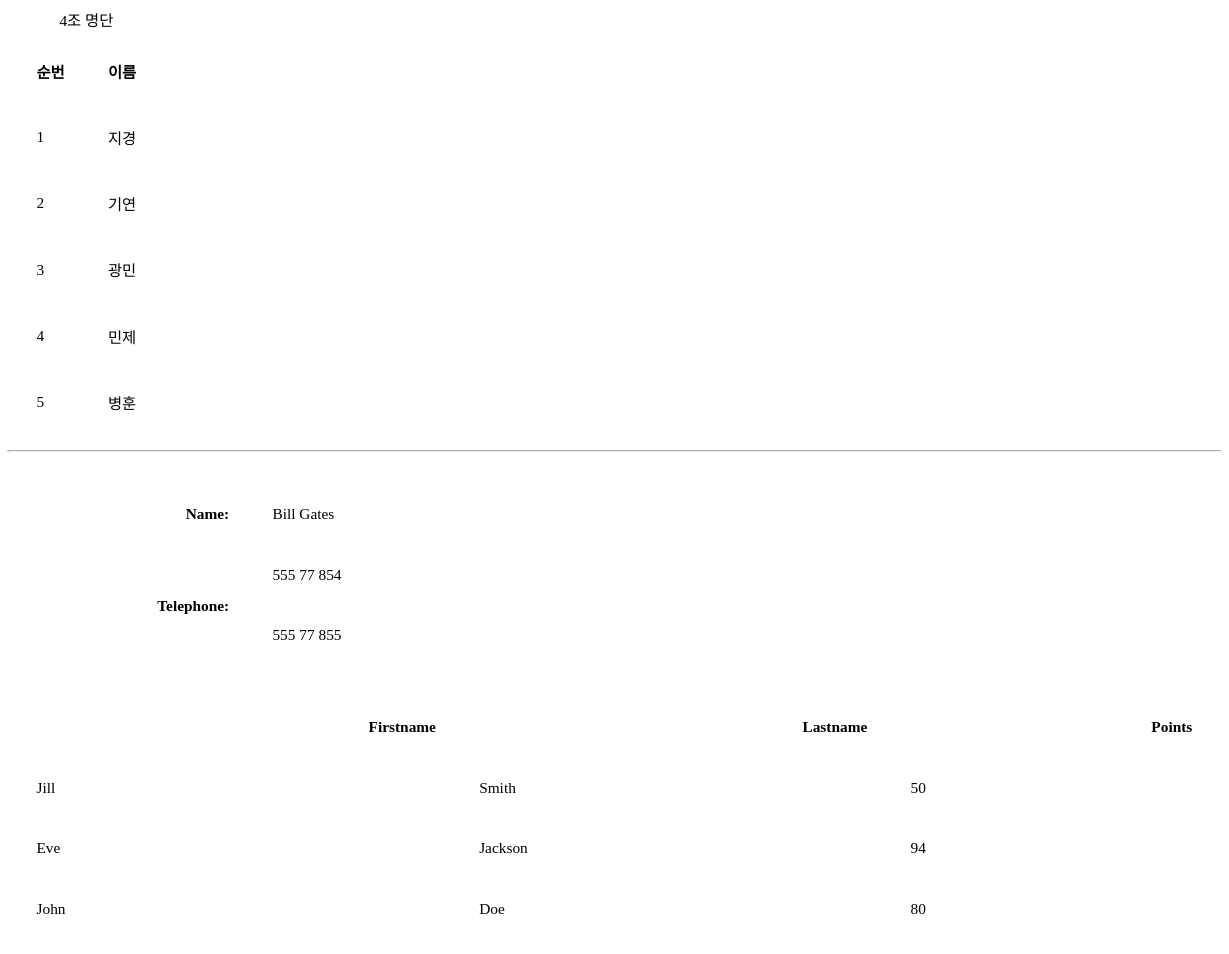
Repository: BaekJiGyeong/JSP
Page: http://localhost/AA_HelloJSP/exercise.jsp
The author's editor kept a copy of each file at every save. The page is drawn from the files as they stood at one save, then again after the next save.
The browser window is 1280 px wide. The pictures show the whole page, at 96% of full size.
The page is served by Tomcat 9.

Above is the page before, as saved 2016-02-02 10:48:51.

### AA_HelloJSP/WebContent/exercise.jsp
<%@ page language="java" contentType="text/html; charset=UTF-8"
	pageEncoding="UTF-8"%>

<%
	String[] names = new String[] { "지경", "기연", "광민", "민제", "병훈" };
%>

<!DOCTYPE html >
<html>
<head>
<style>


th, td {
	padding: 15px;
}
th {
    text-align: right;
}
table {
	border-spacing: 15px
}
</style>
<meta http-equiv="Content-Type" content="text/html; charset=UTF-8">
<title>지경이 JSP연습</title>

</head>
<body>

	<table>
		<caption>4조 명단</caption>
		<tr>
			<th>순번</th>
			<th>이름</th>
		</tr>
		<%
			for (int i = 0; i < 5; i++) {
		%>
		<tr>
			<td><%=i + 1%></td>
			<td><%=names[i]%></td>
		</tr>
		<%
			}
		%>

	</table>

	<hr />
	<br />
	<table style="width: 500px">
		<tr>
			<th>Name:</th>
			<td>Bill Gates</td>
		</tr>
		<tr>
			<th rowspan="2">Telephone:</th>
			<td>555 77 854</td>
		</tr>
		<tr>
			<td>555 77 855</td>
		</tr>
	</table>
	<br />
	<table style="width: 100%">
		<tr>
			<th>Firstname</th>
			<th>Lastname</th>
			<th>Points</th>
		</tr>
		<tr>
			<td>Jill</td>
			<td>Smith</td>
			<td>50</td>
		</tr>
		<tr>
			<td>Eve</td>
			<td>Jackson</td>
			<td>94</td>
		</tr>
		<tr>
			<td>John</td>
			<td>Doe</td>
			<td>80</td>
		</tr>
	</table>




</body>
</html>

After the next save:
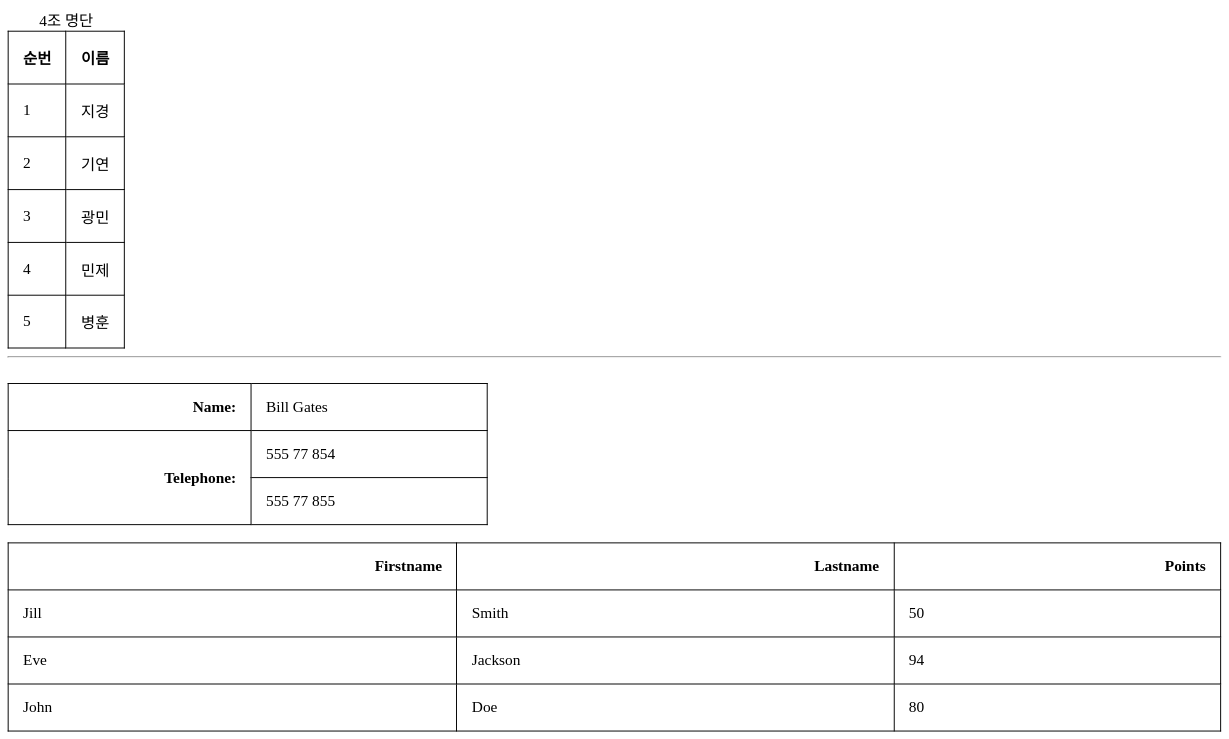
Saved 21 s later.
--- a/AA_HelloJSP/WebContent/exercise.jsp
+++ b/AA_HelloJSP/WebContent/exercise.jsp
@@ -9,7 +9,10 @@
 <html>
 <head>
 <style>
-
+table, th, td {
+	border: 1px solid black;
+	border-collapse: collapse;
+}
 
 th, td {
 	padding: 15px;

After the save that followed:
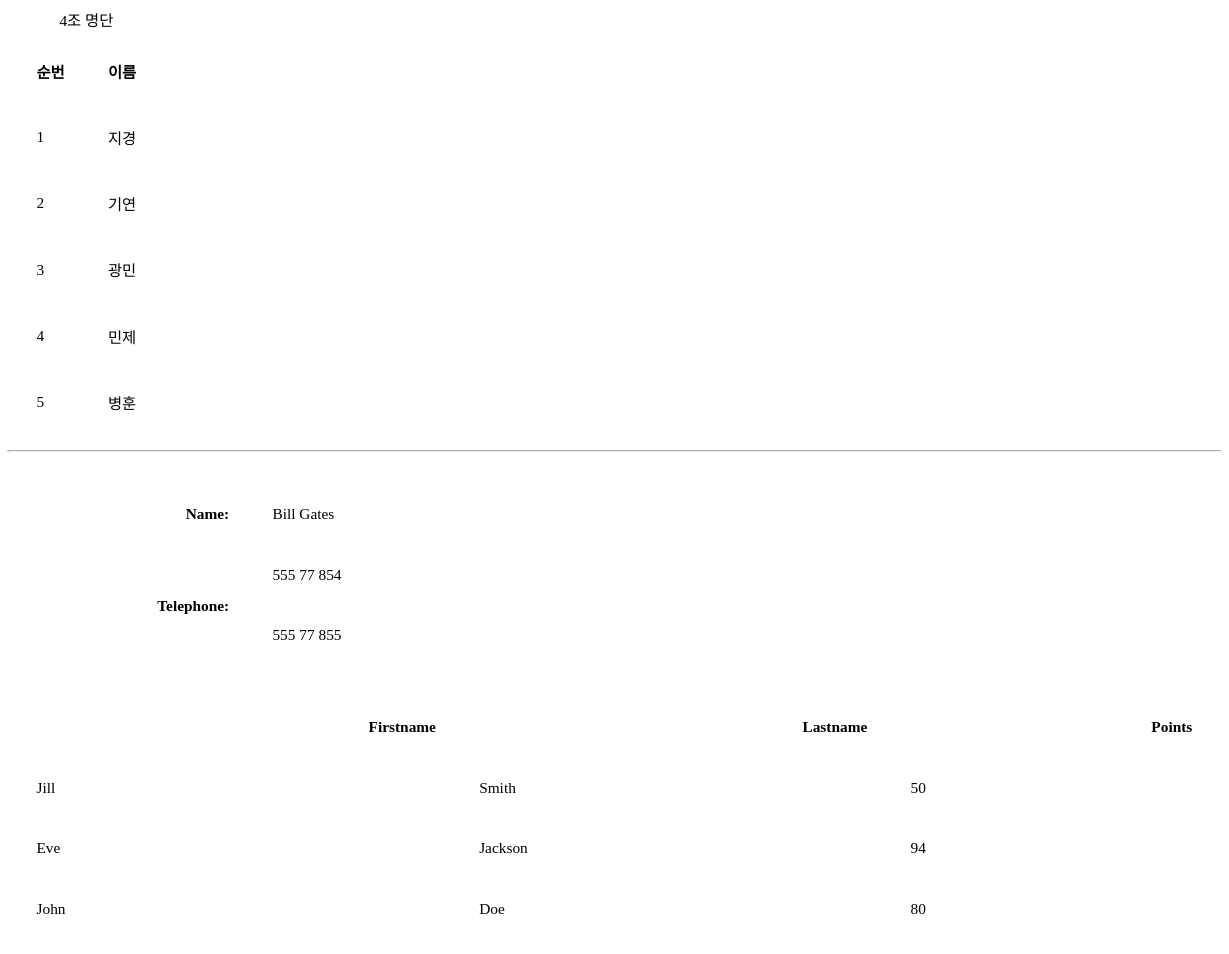
Saved 16 s later.
--- a/AA_HelloJSP/WebContent/exercise.jsp
+++ b/AA_HelloJSP/WebContent/exercise.jsp
@@ -9,10 +9,10 @@
 <html>
 <head>
 <style>
-table, th, td {
+/*table, th, td {
 	border: 1px solid black;
 	border-collapse: collapse;
-}
+}*/
 
 th, td {
 	padding: 15px;
